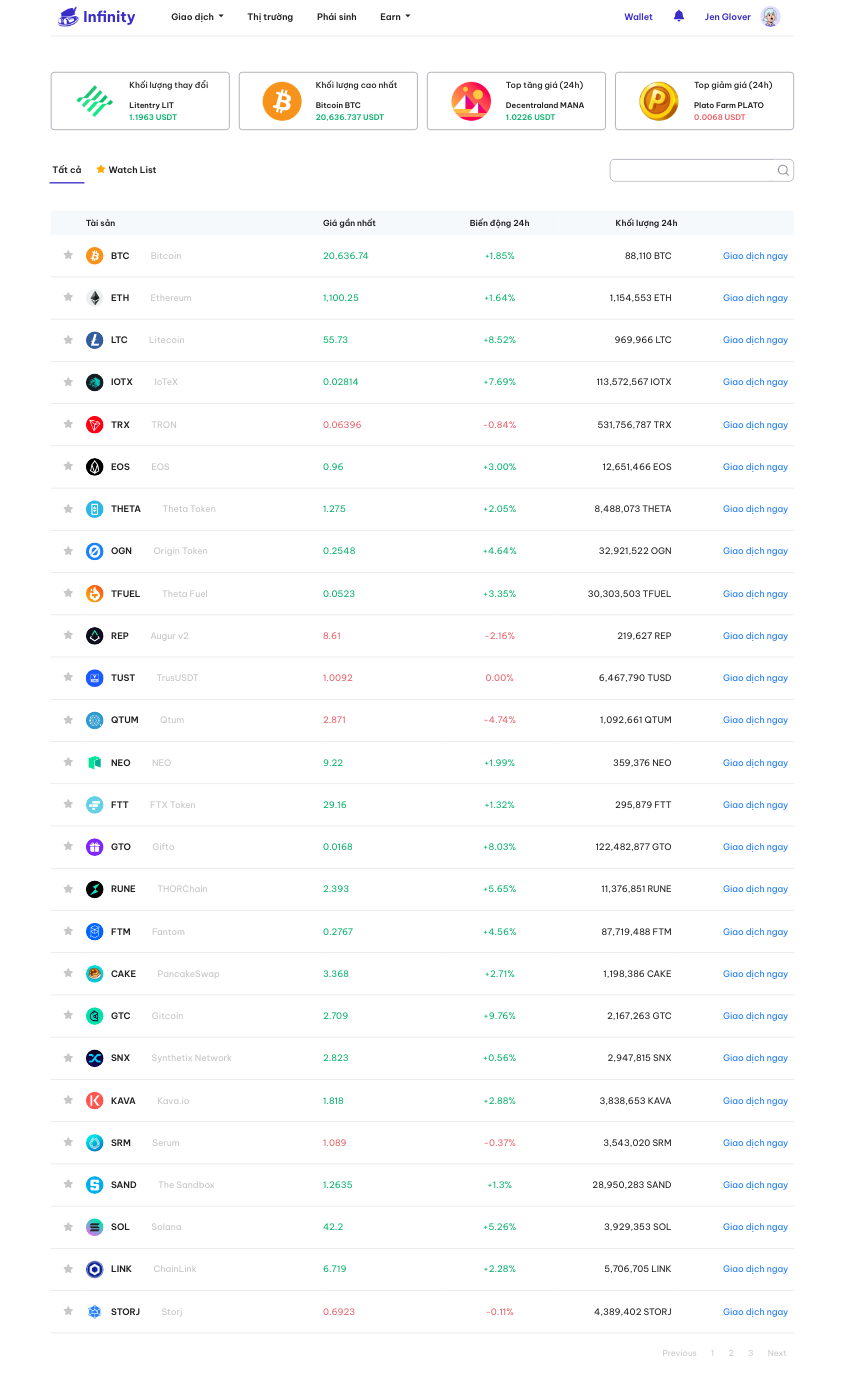
Repository: 1509Long/1509long.github.io
Page: techmaster-test/homepage.html
These files come from the project's save history. The page is drawn as it stood at one moment and after the next save; the edit follows.
The browser window is 1280 px wide. The pictures show the whole page, at 66% of full size.

Above is the page before, as saved 2022-07-26 15:25:13.

After the next save:
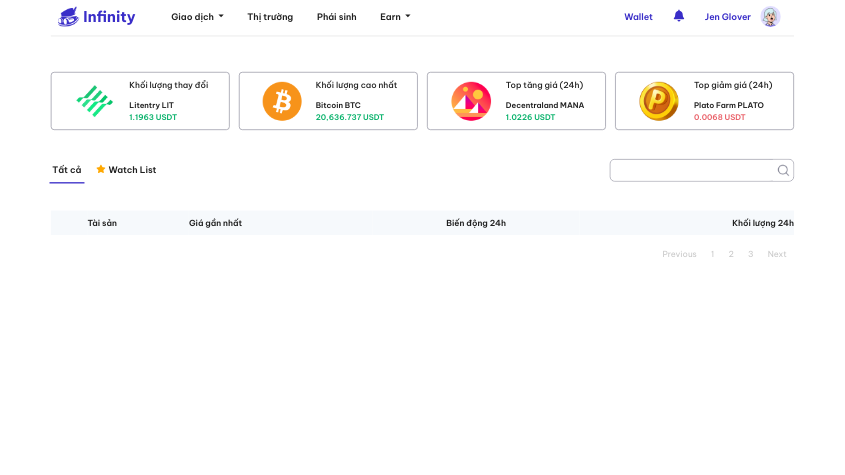
Console error: SyntaxError: Unexpected end of input
Saved 65 s later.
--- a/techmaster-test/homepage.html
+++ b/techmaster-test/homepage.html
@@ -496,14 +496,14 @@
 
       putColor(informationTokenHomePage);
 
-      // function fillColorForPrice() {
-      //   let increaseNumber = [10, 11, 20];
-      //   let decreaseNumber = [2, 3, 8, 13, 15, 16, 22, 24];
-
-      //   for (i = 0; i < increaseNumber.length; i++) {
-      //     tableInfoPrice[i+1].setAttribute("class", "increase");
-      //     table2InfoPrice[i+1].setAttribute("class", "increase");
-      //   }
+      function fillColorForPrice() {
+        let increaseNumber = [10, 11, 20];
+        let decreaseNumber = [2, 3, 8, 13, 15, 16, 22, 24];
+
+        for (i = 0; i < increaseNumber.length; i++) {
+          tableInfoPrice[i+1].setAttribute("class", "increase");
+          table2InfoPrice[i+1].setAttribute("class", "increase");
+        }
 
       //   for (j = 0; j < increaseNumber.length; j++) {
       //     tableInfoPrice[j+1].setAttribute("class", "decrease");
@@ -511,7 +511,7 @@
       //   }
       // }
 
-      // fillColorForPrice();
+      fillColorForPrice();
     </script>
   </body>
 </html>

After the save that followed:
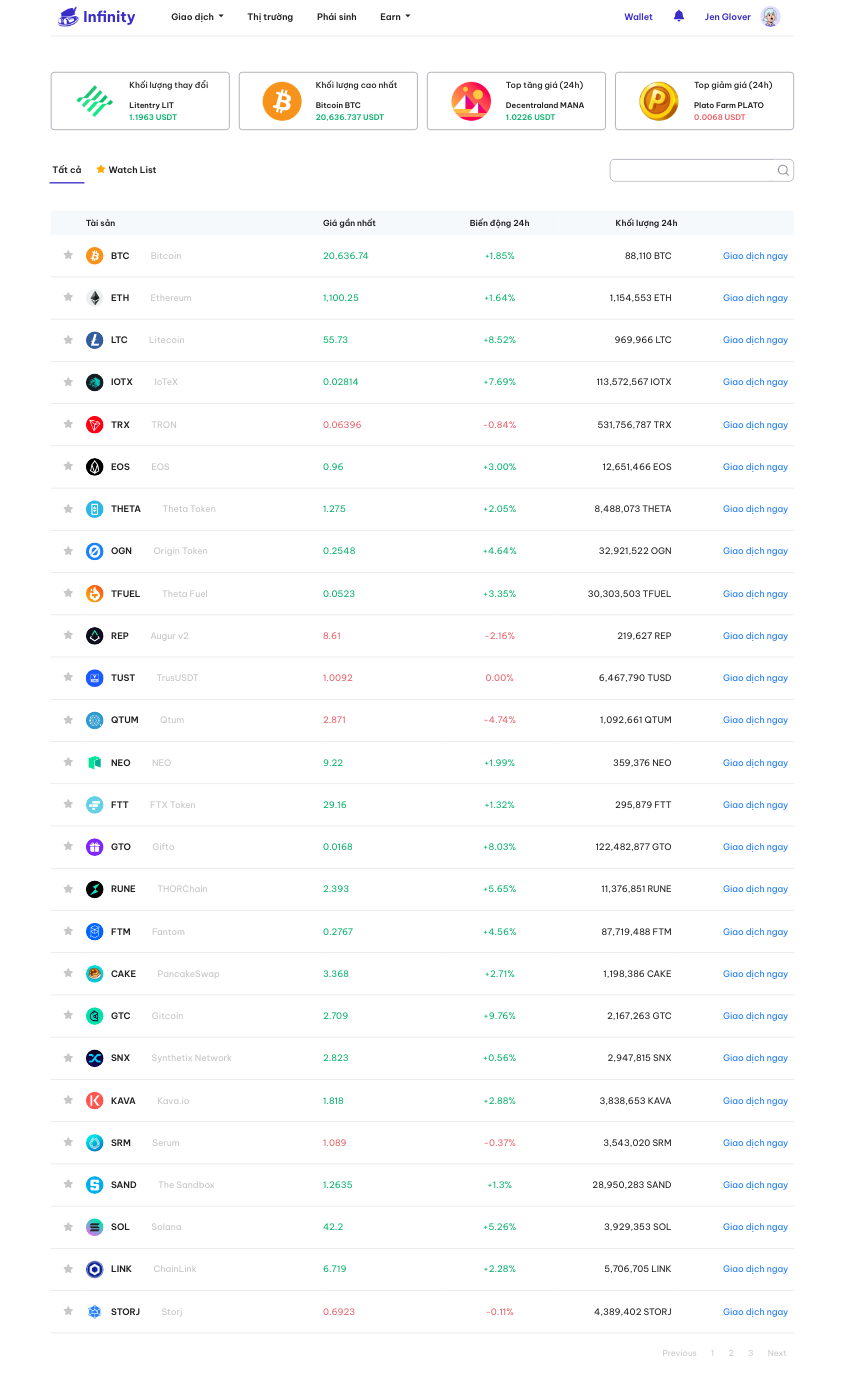
The error is gone.
Saved 6 s later.
--- a/techmaster-test/homepage.html
+++ b/techmaster-test/homepage.html
@@ -509,7 +509,7 @@
       //     tableInfoPrice[j+1].setAttribute("class", "decrease");
       //     table2InfoPrice[j+1].setAttribute("class", "decrease");
       //   }
-      // }
+      }
 
       fillColorForPrice();
     </script>
